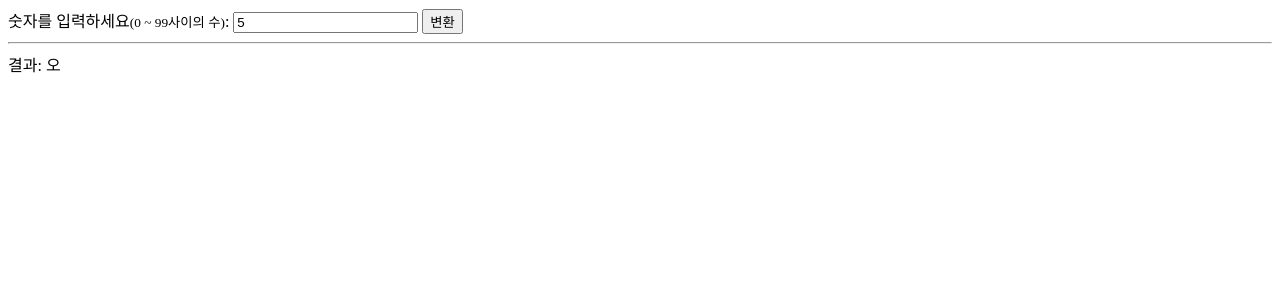
Repository: Jin0207/javaScript
Page: day0103/src/main/webapp/numberToKor.html
An editor plug-in stored every save of this project. The page is shown before and after the next save, followed by the edit.
The browser window is 1280 px wide. The pictures show the whole page.
Empty fields were first filled with sample values (such as "Sample", 5 or name@example.com).
After loading, the first visible `button` was clicked once.

Above is the page before, as saved 2022-01-03 11:01:50.

### day0103/src/main/webapp/numberToKor.html
<!DOCTYPE html>
<html>
<head>
<meta charset="UTF-8">
<title>Insert title here</title>
<script type="text/javascript">
	function chgKor() {
		let num = document.getElementById("num").value;
		let result = "";

		if(num.length <= 2){
			for(let i = 0; i < num.length; i++){
				num = Number(num);
				console.log(num);
				if(i == 2){
					result += "십";
				}

				switch (num) {
				case 1: result += "일";break;
				case 2: result += "이";break;
				case 3: result += "삼";break;
				case 4: result += "사";break;
				case 5: result += "오";break;
				case 6: result += "육";break;
				case 7: result += "칠";break;
				case 8: result += "팔";break;
				case 9: result += "구";break;
				default: result="1 ~ 99 사이의 수를 입력하세요";break;
				}
			}
		}else{
			result = "1 ~ 99 사이의 수를 입력하세요";
		}

		document.getElementById("result").innerHTML = result;
	}
</script>
</head>
<body>
	숫자를 입력하세요<small>(0 ~ 99사이의 수)</small>: <input type="number" id="num">
	<button onclick="chgKor()">변환</button>
	<hr>
	결과: <span id="result"></span>
</body>
</html>

After the next save:
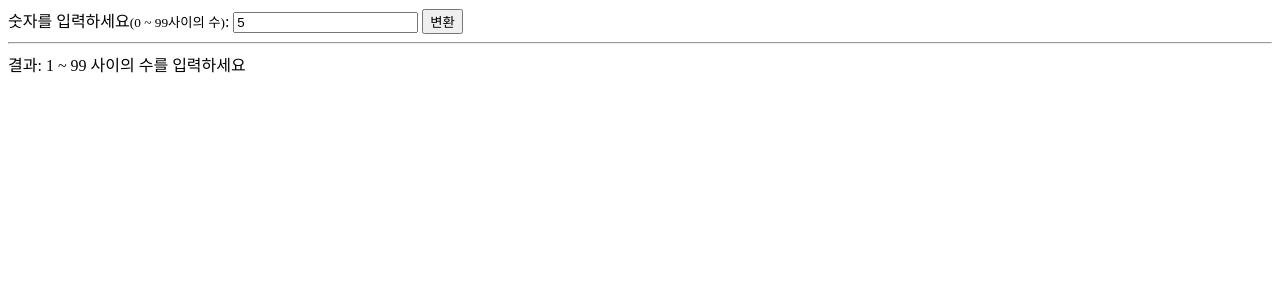
Saved 52 s later.
--- a/day0103/src/main/webapp/numberToKor.html
+++ b/day0103/src/main/webapp/numberToKor.html
@@ -9,13 +9,6 @@
 		let result = "";
 
 		if(num.length <= 2){
-			for(let i = 0; i < num.length; i++){
-				num = Number(num);
-				console.log(num);
-				if(i == 2){
-					result += "십";
-				}
-
 				switch (num) {
 				case 1: result += "일";break;
 				case 2: result += "이";break;
@@ -27,7 +20,6 @@
 				case 8: result += "팔";break;
 				case 9: result += "구";break;
 				default: result="1 ~ 99 사이의 수를 입력하세요";break;
-				}
 			}
 		}else{
 			result = "1 ~ 99 사이의 수를 입력하세요";

After the 3 saves that followed:
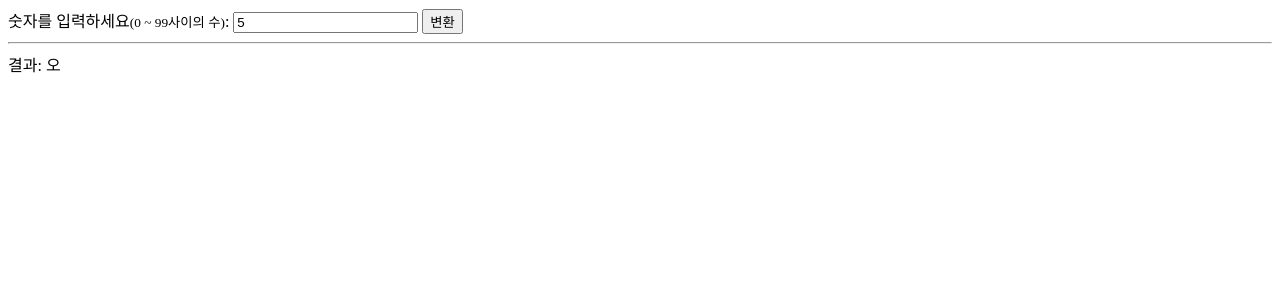
The 3 saves are shown as one change because 1 left the picture as it was and some came seconds apart.
The last was saved 40 s later.
--- a/day0103/src/main/webapp/numberToKor.html
+++ b/day0103/src/main/webapp/numberToKor.html
@@ -9,17 +9,18 @@
 		let result = "";
 
 		if(num.length <= 2){
-				switch (num) {
-				case 1: result += "일";break;
-				case 2: result += "이";break;
-				case 3: result += "삼";break;
-				case 4: result += "사";break;
-				case 5: result += "오";break;
-				case 6: result += "육";break;
-				case 7: result += "칠";break;
-				case 8: result += "팔";break;
-				case 9: result += "구";break;
-				default: result="1 ~ 99 사이의 수를 입력하세요";break;
+			num = Number(num);
+			switch (num) {
+			case 1: result += "일";break;
+			case 2: result += "이";break;
+			case 3: result += "삼";break;
+			case 4: result += "사";break;
+			case 5: result += "오";break;
+			case 6: result += "육";break;
+			case 7: result += "칠";break;
+			case 8: result += "팔";break;
+			case 9: result += "구";break;
+			default: result="1 ~ 99 사이의 수를 입력하세요";break;
 			}
 		}else{
 			result = "1 ~ 99 사이의 수를 입력하세요";
